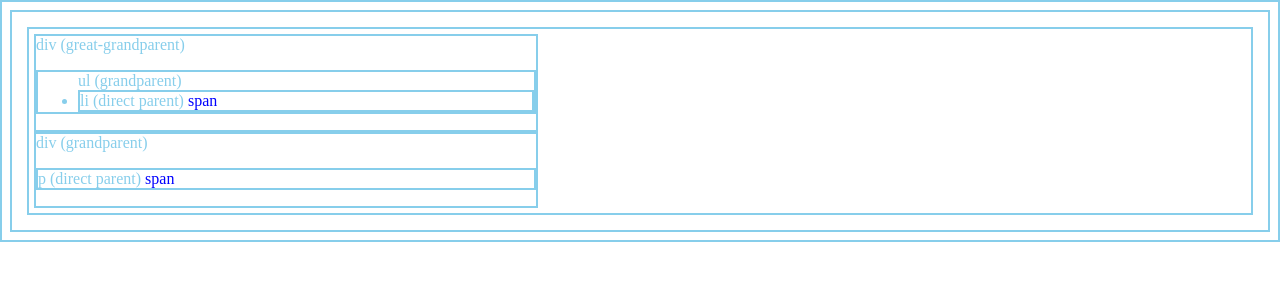
Repository: tjdwlsl/jspstudy
Page: http://localhost/JQuery_Ajax/jquery/ex15_DOM.jsp
These files come from the project's save history. The page is drawn as it stood at one moment and after the next save; the edit follows.
The browser window is 1280 px wide. The pictures show the whole page.
The page is served by Tomcat 9. Other server files are loaded and not shown.

Above is the page before, as saved 2023-07-19 08:53:29.

### JQuery_Ajax/src/main/webapp/jquery/ex15_DOM.jsp
<%@ page language="java" contentType="text/html; charset=UTF-8"
    pageEncoding="UTF-8"%>
<!DOCTYPE html>
<html>
<head>
<meta charset="UTF-8">
<title>HTML 탐색</title>
<style type="text/css">
	.ancestors{
		display: block;
		border: 2px solid black;
		color: red;
		padding: 5px;
		margin: 15px;
	}
</style>
<%-- jQuery 라이브러리 CDN --%>
<script src="https://ajax.googleapis.com/ajax/libs/jquery/3.7.0/jquery.min.js"></script>
<script type="text/javascript">
//문서 객체 모델(DON, Document Object Model)은 XML이라 HTML 문서에 접근하기 위한 일종의 인터페이스
//부모,자식,자손,형제
//parent() 메서드는 선택한 요소의 직접적인 상위 요소를 반환함
//parents() 메서드는 루트요소까지 선택한 요소의 모든 상위 요소를 뜻함

$(document).ready(function(){
	$("span").css("color", "blue");
	$("span").parent().css({"color": "skyblue", "border":"2px solid skyblue"});
	$("span").parents().css({"color": "skyblue", "border":"2px solid skyblue"});
});
</script>

</head>
<body>
	<div class="ancestors">
  <div style="width:500px;">div (great-grandparent)
    <ul>ul (grandparent)
      <li>li (direct parent)
        <span>span</span>
      </li>
    </ul>
  </div>

  <div style="width:500px;">div (grandparent)
    <p>p (direct parent)
      <span>span</span>
    </p>
  </div>
</div>
</body>
</html>

After the next save:
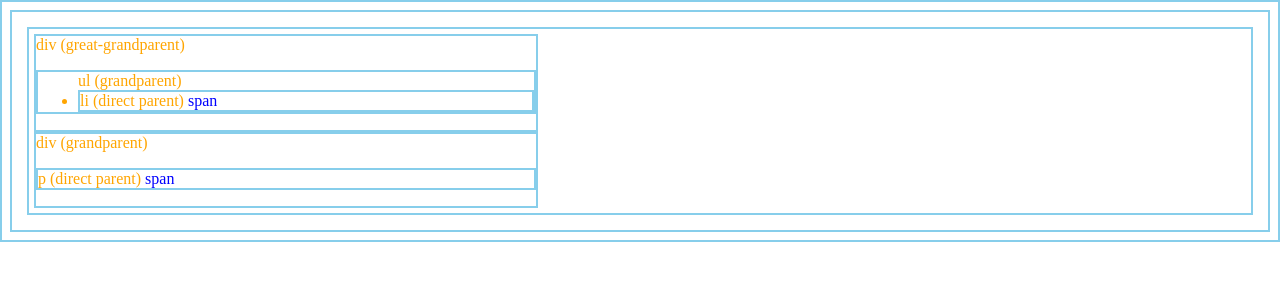
Saved 33 s later.
--- a/JQuery_Ajax/src/main/webapp/jquery/ex15_DOM.jsp
+++ b/JQuery_Ajax/src/main/webapp/jquery/ex15_DOM.jsp
@@ -25,7 +25,7 @@
 $(document).ready(function(){
 	$("span").css("color", "blue");
 	$("span").parent().css({"color": "skyblue", "border":"2px solid skyblue"});
-	$("span").parents().css({"color": "skyblue", "border":"2px solid skyblue"});
+	$("span").parents().css({"color": "orange", "border":"2px solid skyblue"});
 });
 </script>
 
